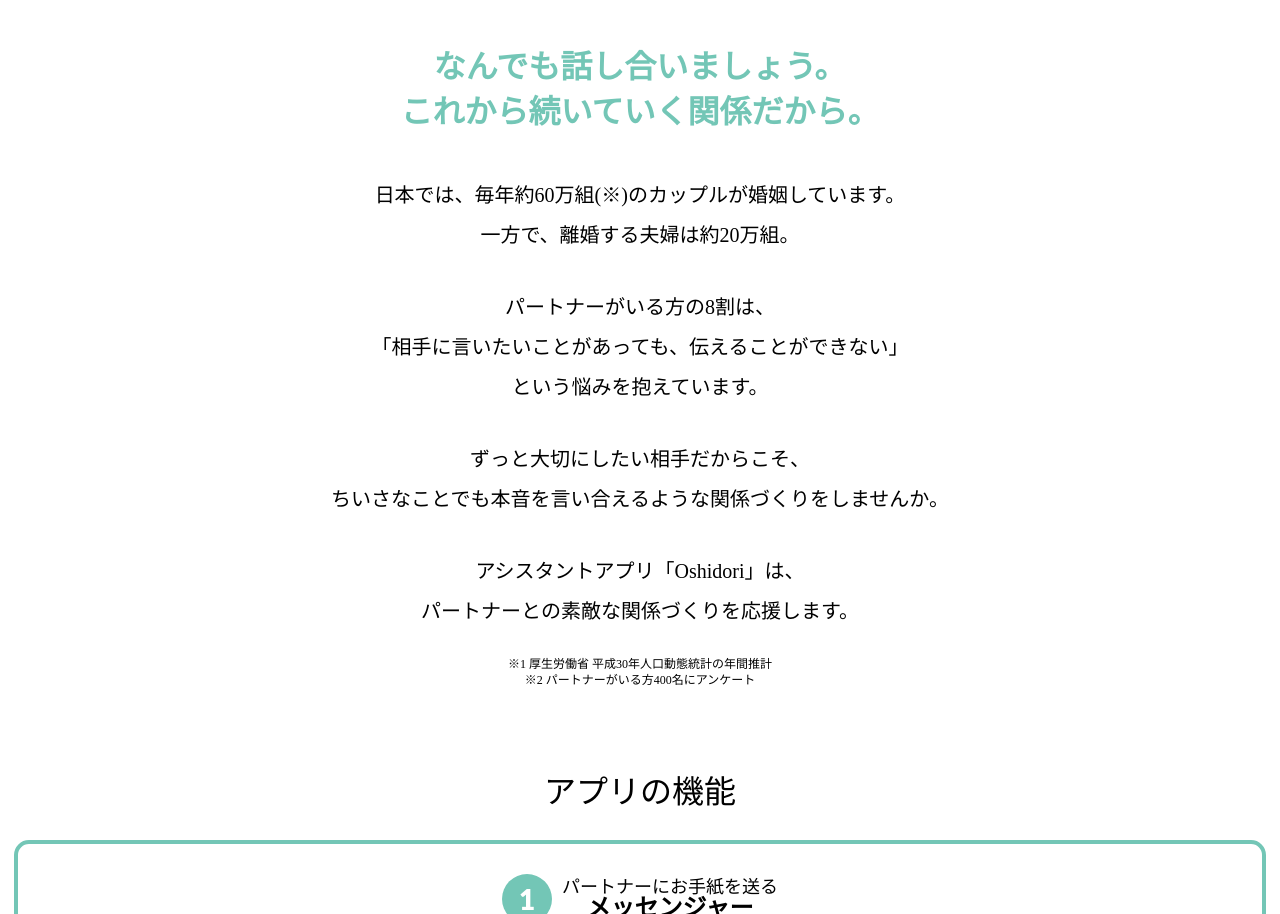
Repository: YamaTatsu10969/Oshidori_LP
Page: Oshidori.html
An editor plug-in stored every save of this project. The page is shown before and after a run of saves, followed by the edit.
The browser window is 1280 px wide. The pictures show the part of the page from y = 0 to 914 px (the page is 2494 px tall before and 2510 px after).
A picture or video elsewhere on the page could not be fetched, so the positions and the page height are approximate.

Above is the page before, as saved 2019-05-26 00:05:36.

### Oshidori.html
<!DOCTYPE html>
<html lang="ja">

<head>
    <meta charset="utf8" />
    <meta data-n-head="true" data-hid="viewport" name="viewport" content="width=device-width, initial-scale=1" />

    <!-- 外部CSS読み込み -->
    <link rel="stylesheet" type="text/css" href="Oshidori.css" />
    <link rel="stylesheet" type="text/css" href="reset.css" />
    <title>Oshidori</title>
</head>

<body>

    <div class="header">
        <div class="subtitle">
            <p></p>
        </div>
    </div>

    <div class="common-container">
        <div class="couple-discription-title">
            <p>
                なんでも話し合いましょう。
            </p>
            <p>これから続いていく関係だから。</p>
        </div>
        <div class="couple-discription">
            <p>日本では、毎年約60万組(※)のカップルが婚姻しています。</p>
            <p>一方で、離婚する夫婦は約20万組。</p>
            <br /><br />
            <p>パートナーがいる方の8割は、</p>
            <p>「相手に言いたいことがあっても、伝えることができない」</p>
            <p>という悩みを抱えています。</p>
            <br /><br />
            <p>ずっと大切にしたい相手だからこそ、</p>
            <p>
                ちいさなことでも本音を言い合えるような関係づくりをしませんか。
            </p>
            <br /><br />
            <p>アシスタントアプリ「Oshidori」は、</p>
            <p>パートナーとの素敵な関係づくりを応援します。</p>
        </div>
        <div class="data-annotation">
            <p>
                ※1 厚生労働省 平成30年人口動態統計の年間推計
            </p>
            <p>
                ※2 パートナーがいる方400名にアンケート
            </p>
        </div>
    </div>

    <div class="common-container">
        <div class="category-title">アプリの機能</div>
        <div class="function-container">
            <div class="function-title-container">
                <div class="function-number-container">
                    <div class="function-number-circle">
                        <p class="function-number">1</p>
                    </div>
                </div>
                <div class="function-title-box">
                    <p class="function-sub-title">パートナーにお手紙を送る</p>
                    <p class="function-main-title">メッセンジャー</p>
                </div>
            </div>
            <div class="function-second-container">
                <div class="discription-container">
                    <p class="discription">
                        キャラクター「おしどりちゃん」に、<br />パートナーに言いたいことを伝えましょう。<br /><br />日々の感謝も、<br />ごめんなさいも、<br />直接は言いにくいことも。<br /><br />おしどりちゃんがあなたに代わって<br />メッセージをお届けします。
                    </p>
                </div>
                <div class="screenshot-container">
                    <img class="screenshot"
                        src="https://storage.googleapis.com/production-os-assets/assets/b4ccea48-72f2-408b-b13f-607bd91c3bba" />
                </div>
            </div>
        </div>
        <div class="function-container">
            <div class="function-title-container">
                <div class="function-number-container">
                    <div class="function-number-circle">
                        <p class="function-number">2</p>
                    </div>
                </div>
                <div class="function-title-box">
                    <p class="function-sub-title">みんなのお手紙が見れる</p>
                    <p class="function-main-title">タイムライン</p>
                </div>
            </div>
            <div class="function-second-container">
                <div class="discription-container">
                    <p class="discription">
                        「みんなは、どんな風にパートナーと<br />コミュニケーションを取っているんだろう」
                        <br /><br />アプリでは、他のひとがどんなことを日々<br />パートナーに伝えているのか<br />匿名のタイムラインを見ることができます。<br /><br />ありがとうのバリエーションを増やしたり、<br />パートナーへのお願いごとの参考にしたり。<br /><br />いいねの話する？どうしよ。
                    </p>
                </div>
                <div class="screenshot-container">
                    <img class="screenshot"
                        src="https://storage.googleapis.com/production-os-assets/assets/b410fa60-d9aa-4390-a7ce-60d663a021e7" />
                </div>
            </div>
        </div>
    </div>

    <div class="common-container">
        <div class="couple-discription-title">
            <p>
                はじめよー！
            </p>
        </div>
        <div class="app-store-container">
            <img
                src="https://storage.googleapis.com/production-os-assets/assets/0e5cd2e5-9d30-45c1-a054-06c7d8aa53ff" />
        </div>
    </div>

    <div class="common-container">
        <div class="category-title">
            制作者紹介
        </div>
        <div class="developer-container"></div>
    </div>

</body>

</html>

### Oshidori.css
@charset "UTF-8";


@media screen and (max-width: 750px) {
    .header>.subtitle {
        font-size: 24px;
        width: 100%;
        max-width: 100%;
    }
}

















/* なんでも話し合いましょう、のところ*/
.couple-discription-title {
    padding: 20px;
}

@media screen and (max-width: 750px) {
    .couple-discription-title {
        padding: 10px;
    }
}

div.couple-discription-title>p {
    line-height: 1.4;
    font-weight: 700;
    font-size: 32px;
    color: #73c6b6;
    text-align: center;
}

/* 480px以下、モバイル用。 */
@media screen and (max-width: 750px) {
    div.couple-discription-title>p {
        line-height: 1.4;
        font-weight: 700;
        font-size: 24px;
        color: #73c6b6;
        text-align: center;
    }
}

/* 説明のところ */
.couple-discription {
    padding: 20px 16px 20px 16px;
}

@media screen and (max-width: 750px) {
    .couple-discription {
        padding: 15px 10px 15px 10px;
    }
}

div.couple-discription>p {
    font-size: 20px;
    line-height: 2;
    text-align: center;
}

/* 480px以下、モバイル用。 */
@media screen and (max-width: 750px) {
    div.couple-discription>p {
        font-size: 14px;
        line-height: 1.8;
        text-align: center;
    }
}

/* アンケートの注意書き */
.data-annotation {
    padding: 5px 0px 5px 0px;
}

div.data-annotation>p {
    font-size: 12px;
    line-height: 1.4;
    text-align: center;
}

/* 480px以下、モバイル用。 */
@media screen and (max-width: 750px) {
    div.data-annotation>p {
        font-size: 9px;
        line-height: 1.2;
        text-align: center;
    }
}

/* アプリの機能すべて、なんでも〜、すべて */
.common-container {
    padding: 25px 0px 25px 0px;
    min-width: calc(100% - 300px);
}

/* 480px以下、モバイル用。 */
@media screen and (max-width: 750px) {
    .common-container {
        padding: 10px 0px 10px 0px;
        min-width: calc(100% - 100px);
    }
}

/* アプリの機能、とかのタイトル */
.category-title {
    font-size: 32px;
    text-align: center;
    margin: 32px 0px 32px 0px;
}

@media screen and (max-width: 750px) {
    .category-title {
        font-size: 20px;
        text-align: center;
        margin: 20px 0px 20px 0px;
    }
}

/*みどりわく*/
.function-container {
    align-content: center;
    border-bottom: solid 4px #73c6b6;
    border-left: solid 4px #73c6b6;
    border-right: solid 4px #73c6b6;
    border-top: solid 4px #73c6b6;
    border-radius: 15px;
    padding: 20px 20px 30px 20px;
    display: flex;
    flex-direction: column;
    align-items: center;
    margin: 0px 14px 20px 14px;
}

/* 機能のタイトル部分のコンテナ。 */
.function-title-container {
    display: flex;
    flex-direction: row;
    align-items: center;
    padding: 10px;
}

.function-title-box {
    display: flex;
    flex-direction: column;
    align-items: center;
    margin-left: 10px;
}

/* パートナーとのやりとり */
.function-sub-title {
    font-size: 18px;
}

/* 480px以下、モバイル用。 */
@media screen and (max-width: 750px) {
    .function-sub-title {
        font-size: 14px;
    }
}

/* メッセージ機能 */
.function-main-title {
    font-size: 24px;
    font-weight: 700;
}

/* 480px以下、モバイル用。 */
@media screen and (max-width: 750px) {
    .function-main-title {
        font-size: 18px;
        font-weight: 700;
    }
}

.function-number-container {
    align-content: center;
    align-items: center;
    background: #73c6b6;
    border-radius: 50%;
    flex: none;
    flex-direction: column;
    flex-wrap: nowrap;
    height: 50px;
    justify-content: center;
    width: 50px;
}

/* 480px以下、モバイル用。 */
@media screen and (max-width: 750px) {
    .function-number-container {
        align-content: center;
        align-items: center;
        background: #73c6b6;
        border-radius: 50%;
        flex: none;
        flex-direction: column;
        flex-wrap: nowrap;
        height: 30px;
        justify-content: center;
        width: 30px;
    }
}

/* 番号のところ */
.function-number-circle {
    height: 50px;
    width: 50px;
    border-radius: 50%;
    line-height: 50px;
    text-align: center;
}

/* 480px以下、モバイル用。 */
@media screen and (max-width: 750px) {
    .function-number-circle {
        height: 30px;
        width: 30px;
        border-radius: 50%;
        text-align: center;
    }
}

/* まるのなかの数字 */
.function-number {
    color: #ffffff;
    font-family: Lato;
    font-size: 28px;
    font-weight: 900;
    height: 50px;
    width: 50px;
    line-height: 50px;
    text-align: center;
    max-width: 100%;
    justify-content: center;
}

/* 480px以下、モバイル用。 */
@media screen and (max-width: 750px) {
    .function-number {
        color: #ffffff;
        font-family: Lato;
        font-size: 12px;
        font-weight: 700;
        height: 30px;
        width: 30px;
        line-height: 30px;
        text-align: center;
        max-width: 100%;
        justify-content: center;
    }
}

/* 機能の説明と画像のcontainer */
/* スマホ用 */
.function-second-container {
    display: flex;
    flex-direction: column-reverse;
    /*縦*/
    align-items: center;
    padding: 10px 0px 10px 0px;
    flex-wrap: nowrap;
    justify-content: space-between;
}

/* 480px以上はPC用レイアウト */
@media screen and (min-width: 750px) {

    /* むむ、これだけminになっちゃっとる…*/
    .function-second-container {
        display: flex;
        flex-direction: row;
        /* 横 */
        align-items: center;
        padding: 20px 0px 30px 0px;
        justify-content: space-between;
    }
}

/* アプリの細かい説明のところ、pタグ */
.discription {
    font-size: 20px;
    line-height: 1.8;
}

/* 480px以下、モバイル用。 */
@media screen and (max-width: 750px) {
    .discription {
        font-size: 14px;
        text-align: center;
        margin-top: 10px;
        margin-bottom: 10px;
    }
}

.screenshot-container {
    display: flex;
    align-items: center;
    justify-content: center;
    max-width: calc(100% - 50px);
    width: 315px;
    margin: 10px 0px 10px 0px;
}

/* 480px以下、モバイル用。 */
@media screen and (max-width: 750px) {
    .screenshot-container {
        display: flex;
        align-items: center;
        justify-content: center;
        max-width: calc(100% - 20px);
        width: 150px;
        margin: 10px 0px 10px 0px;
    }
}

.screenshot {
    border: solid 1px #434645;
    border-radius: 5px;
    height: auto;
    width: 222px;
    max-width: 100%;
}

/* appstoreのボタン */
.app-store-container {
    text-align: center;
    /* ここから！ */
}

div.app-store-container>img {
    height: auto;
    width: 205px;
    max-width: 100%;
}

/*制作者のところの緑枠*/
.developer-container {
    align-content: center;
    border-bottom: solid 4px #73c6b6;
    border-left: solid 4px #73c6b6;
    border-right: solid 4px #73c6b6;
    border-top: solid 4px #73c6b6;
    border-radius: 15px;
    padding: 20px 20px 30px 20px;
    display: flex;
    flex-direction: row;
    align-items: center;
    margin: 0px 14px 20px 14px;
}

.function-description {
    flex-direction: column;
}

.function-description-text {
    align-content: center;
}

### reset.css
@charset "UTF-8";

html,
body,
div,
span,
object,
iframe,
h1,
h2,
h3,
h4,
h5,
h6,
p,
blockquote,
pre,
abbr,
address,
cite,
code,
del,
dfn,
em,
ins,
kbd,
q,
samp,
small,
strong,
sub,
sup,
var,
b,
i,
dl,
dt,
dd,
ol,
ul,
li,
fieldset,
form,
label,
legend,
table,
caption,
tbody,
tfoot,
thead,
tr,
th,
td,
article,
aside,
canvas,
details,
figcaption,
figure,
footer,
header,
hgroup,
menu,
nav,
section,
summary,
time,
mark,
audio,
video {
    margin: 0;
    padding: 0;
    border: 0;
    outline: 0;
    font-size: 100%;
    vertical-align: baseline;
    background: transparent;
    font-weight: normal;
}

img {
    margin: 0;
    padding: 0;
    border: 0;
    outline: 0;
    font-size: 100%;
    vertical-align: bottom;
    background: transparent;
}

/* HTML5 display-role reset for older browsers */
article,
aside,
details,
figcaption,
figure,
footer,
header,
hgroup,
menu,
nav,
section {
    display: block;
}

body {
    line-height: 1;
}

ol,
ul {
    list-style: none;
}

blockquote,
q {
    quotes: none;
}

blockquote:before,
blockquote:after,
q:before,
q:after {
    content: '';
    content: none;
}

table {
    border-collapse: collapse;
    border-spacing: 0;
}

ol,
ul {
    list-style: none;
}

blockquote,
q {
    quotes: none;
}

a {
    margin: 0;
    padding: 0;
    font-size: 100%;
    vertical-align: baseline;
    background: transparent;
    text-decoration: none;
}

ins {
    background-color: #ff9;
    color: #000;
    text-decoration: none;
}

.clearfix:after {
    content: ".";
    display: block;
    height: 0;
    clear: both;
    visibility: hidden;
}

.clearfix {
    display: inline-table;
    min-height: 1%;
}

.clear {
    clear: both;
}

After the next 3 saves:
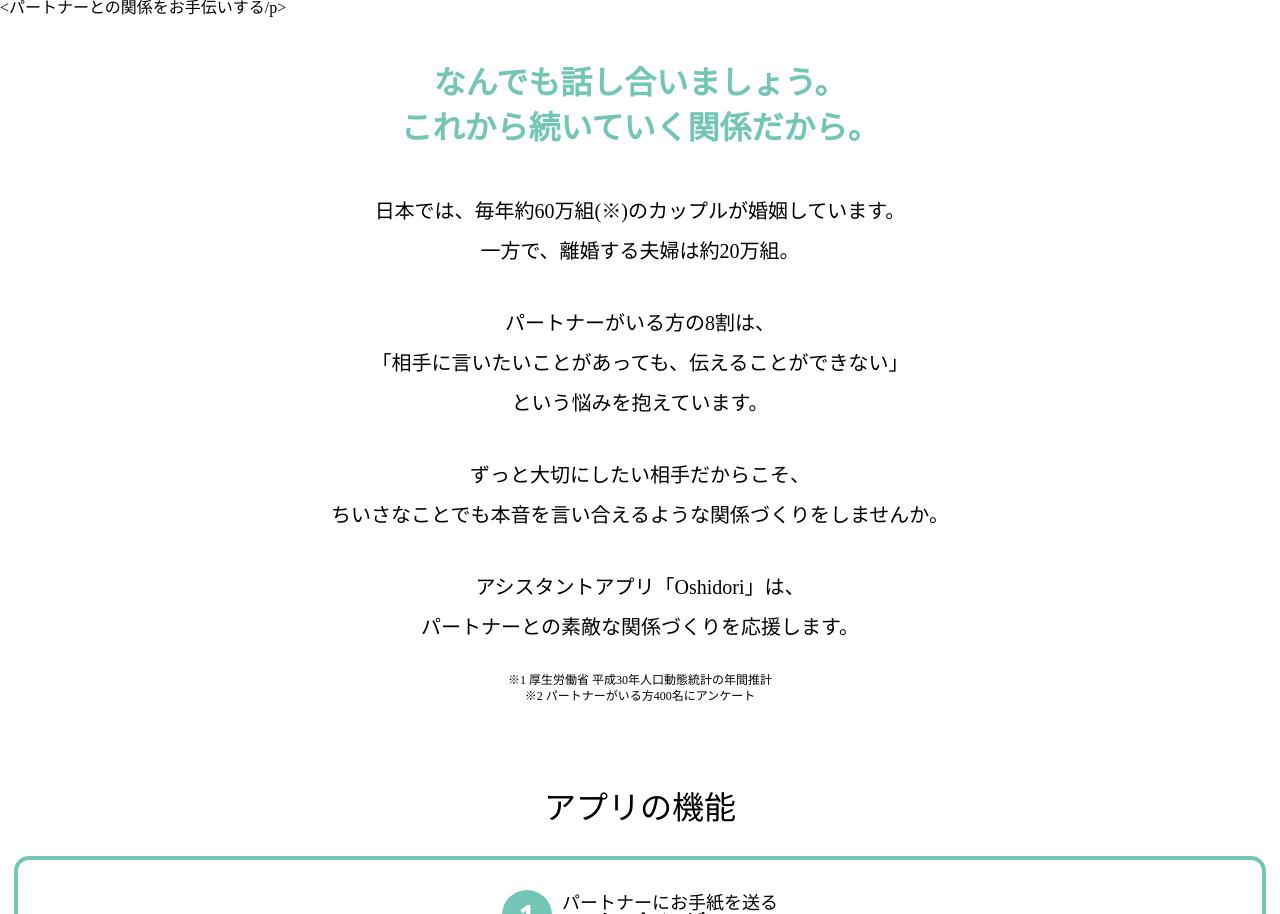
The 3 saves are shown as one change because they came seconds apart.
The last was saved 15 s later.
--- a/Oshidori.html
+++ b/Oshidori.html
@@ -15,7 +15,7 @@
 
     <div class="header">
         <div class="subtitle">
-            <p></p>
+            <p><パートナーとの関係をお手伝いする/p>
         </div>
     </div>
 
